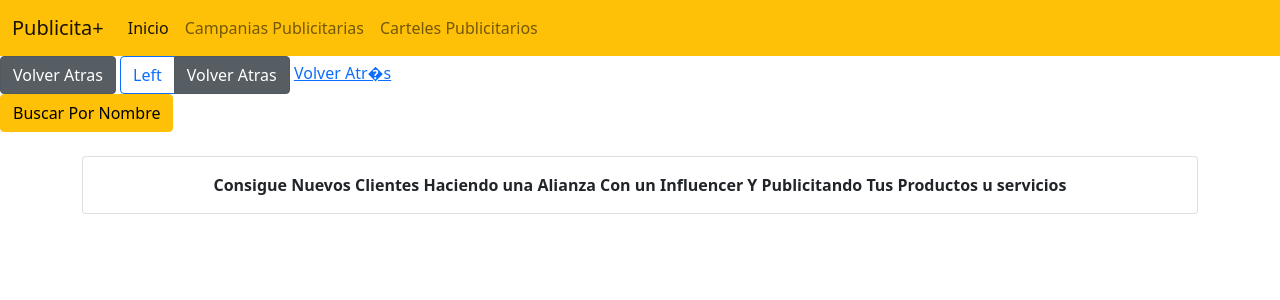
Repository: programador23/PublicitaMasWebVersionFinal
Page: http://localhost/listapublicidadgeneral
An editor plug-in stored every save of this project. The page is shown before and after the next save, followed by the edit.
The browser window is 1280 px wide. The pictures show the whole page.
The page is this project's Thymeleaf template; nobody is signed in. The template is opened directly, without the code that normally fills it, so the values that code supplies are empty.

Above is the page before, as saved 2021-07-06 01:08:52.

### PublicitaMasWeb-master/src/main/resources/templates/listapublicidadgeneral.html
<!DOCTYPE html>
<html xmlns:th="http://www.thymeLeaf.org">
<head>
<meta charset="ISO-8859-1">
<title>Lista de campanias</title>
<link
	href="https://cdn.jsdelivr.net/npm/bootstrap@5.0.0-beta2/dist/css/bootstrap.min.css"
	rel="stylesheet"
	integrity="sha384-BmbxuPwQa2lc/FVzBcNJ7UAyJxM6wuqIj61tLrc4wSX0szH/Ev+nYRRuWlolflfl"
	crossorigin="anonymous">

<script src="https://cdn.jsdelivr.net/npm/bootstrap@5.0.2/dist/js/bootstrap.bundle.min.js" integrity="sha384-MrcW6ZMFYlzcLA8Nl+NtUVF0sA7MsXsP1UyJoMp4YLEuNSfAP+JcXn/tWtIaxVXM" crossorigin="anonymous"></script>

</head>
<header>
	<nav class="navbar navbar-expand-lg navbar-light bg-warning">
		<div class="container-fluid">
			<a class="navbar-brand" href="#">Publicita+</a>
			<button class="navbar-toggler" type="button" data-bs-toggle="collapse" data-bs-target="#navbarNavAltMarkup"
				aria-controls="navbarNavAltMarkup" aria-expanded="false" aria-label="Toggle navigation">
				<span class="navbar-toggler-icon"></span>
			</button>
			<div class="collapse navbar-collapse" id="navbarNavAltMarkup">
				<div class="navbar-nav">
					<a class="nav-link active" aria-current="page" href="/index">Inicio</a>
					<a class="nav-link" href="/listarPublicidad">Campanias Publicitarias</a>
					<a class="nav-link" href="/listacarteles">Carteles Publicitarios</a>



				</div>
			</div>
		</div>
	</nav>
</header>

<body>
<div class="btn-group">
  <a href="javascript:history.back()" class="btn btn-secondary active" aria-current="page">Volver Atras</a>
</div>

<div class="btn-group" role="group" aria-label="Basic outlined example">
  <button type="button" class="btn btn-outline-primary">Left</button>
<a href="javascript:history.back()" class="btn btn-secondary active" aria-current="page">Volver Atras</a>
</div>


<a href="javascript:history.back()"> Volver Atrás</a>

<br>
<a th:href="@{/listanombre}"Class="btn btn-warning">Buscar Por Nombre</a>


<div class="container mt-4">

<div class="card">
  <div class="card-body text-center" >
    <b>Consigue Nuevos Clientes Haciendo una Alianza Con un Influencer Y Publicitando Tus Productos u servicios </b>
  </div>
</div>
<br>

<div class="row">
 <td th:each="campaniapublicitaria:${campaniapublicitaria}">
<div class="card" style="width: 18rem;">
  <div class="card-body">
  <div class="thumbnail">
  <img  th:src="@{'/recursos/' + ${campaniapublicitaria.image}}" class="card-img-top" alt="" >
  </div>
    <h5 class="card-title" th:text="${campaniapublicitaria.nombre} ">Card title</h5>
    Duracion de la campania<p class="card-text" th:text="${campaniapublicitaria.duracion}"></p>
    Pago<p class="card-text" th:text="${campaniapublicitaria.valor}"></p>
    <a th:href="@{detalle/}+${campaniapublicitaria.id}" class="btn btn-warning">Ver Publicacion</a>
  </div>

</div>
<br>
</td>
</div>
</div>





</body>
</html>

After the next save:
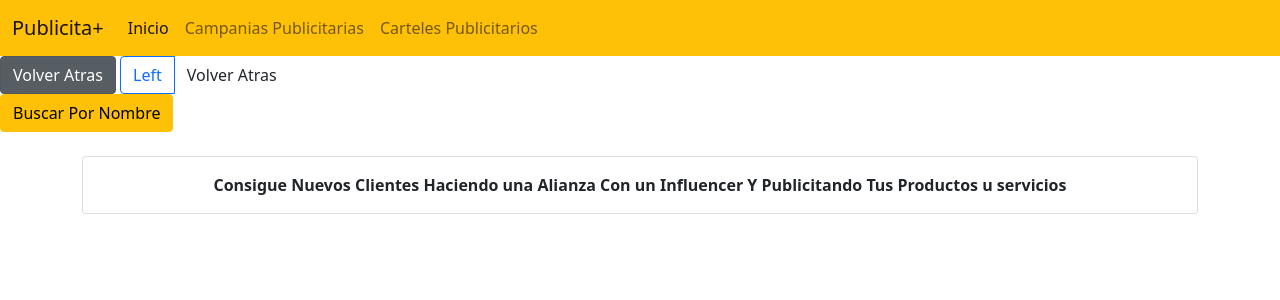
Saved 46 s later.
--- a/PublicitaMasWeb-master/src/main/resources/templates/listapublicidadgeneral.html
+++ b/PublicitaMasWeb-master/src/main/resources/templates/listapublicidadgeneral.html
@@ -41,11 +41,11 @@
 
 <div class="btn-group" role="group" aria-label="Basic outlined example">
   <button type="button" class="btn btn-outline-primary">Left</button>
-<a href="javascript:history.back()" class="btn btn-secondary active" aria-current="page">Volver Atras</a>
+<a href="javascript:history.back()" class="btn btn-outline" aria-current="page">Volver Atras</a>
 </div>
 
 
-<a href="javascript:history.back()"> Volver Atrás</a>
+
 
 <br>
 <a th:href="@{/listanombre}"Class="btn btn-warning">Buscar Por Nombre</a>
